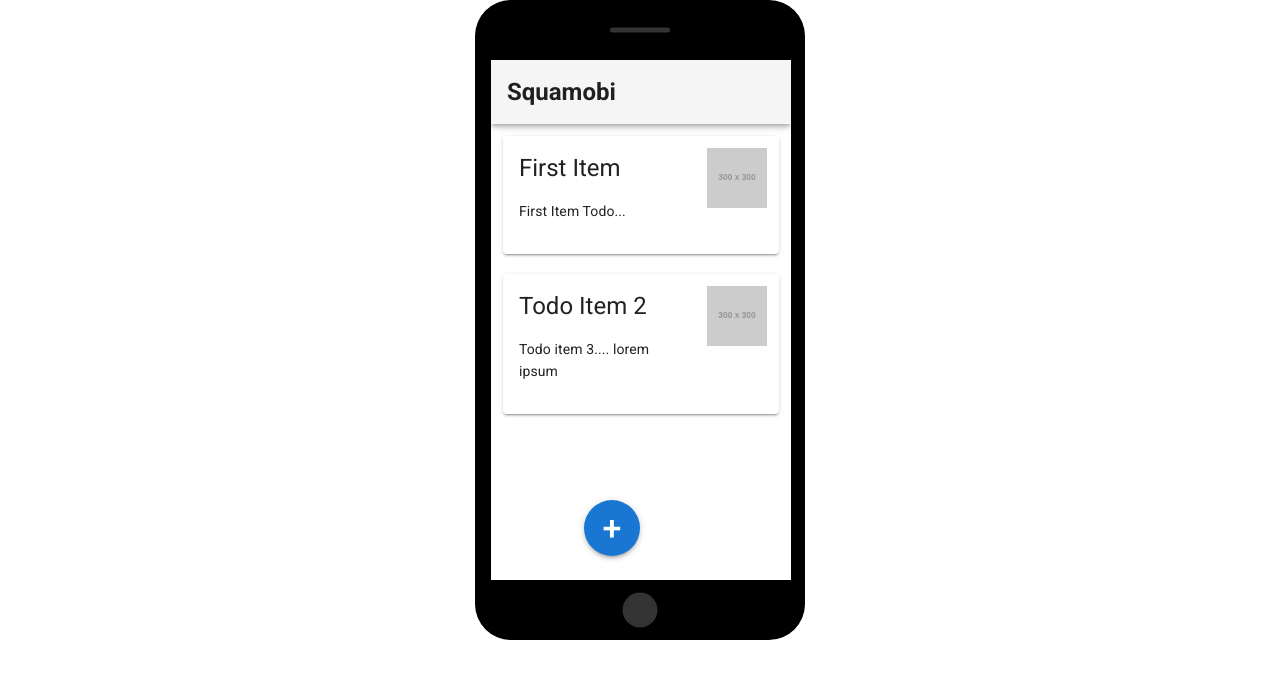
Repository: Keepnox/squamobi-interview
Page: /
The author's editor kept a copy of each file at every save. The page is drawn from the files as they stood at one save, then again after a run of saves.
The browser window is 1280 px wide. The pictures show the whole page.
The project was rebuilt for these pictures with package versions that can differ from the ones it lists, and the page was loaded fresh each time. Also part of the build but not shown: vue.config.js. Imported but missing from the stored project, and not drawn on this page: src/views/About.vue.

Above is the page before, as saved 2022-01-16 02:12:11.

### src/App.vue
<template>
  <smartphone>
    <v-app>
    <v-main>
        <v-app-bar >
          <h2>Squamobi</h2>
        </v-app-bar>

      <!-- Provides the application the proper gutter -->
      <v-container fluid>

        <!-- If using vue-router -->
        <router-view></router-view>
      </v-container>
    </v-main>

  </v-app>
  </smartphone>

</template>

<script>
import Smartphone from './components/Smartphone.vue';

export default {
  name: 'App',

  components: {
    Smartphone,
  },

  data: () => ({
    //
  }),
};
</script>

### src/components/Smartphone.vue
<template>
  <div class="smartphone">
    <div class="content">
      <slot> </slot>
    </div>
  </div>
</template>

<style scoped>

.smartphone {
  position: relative;
  width: 330px;
  height: 640px;
  margin: auto;
  border: 16px black solid;
  border-top-width: 60px;
  border-bottom-width: 60px;
  border-radius: 36px;
}

/* The horizontal line on the top of the device */
.smartphone:before {
  content: '';
  display: block;
  width: 60px;
  height: 5px;
  position: absolute;
  top: -30px;
  left: 50%;
  transform: translate(-50%, -50%);
  background: #333;
  border-radius: 10px;
}

/* The circle on the bottom of the device */
.smartphone:after {
  content: '';
  display: block;
  width: 35px;
  height: 35px;
  position: absolute;
  left: 50%;
  bottom: -65px;
  transform: translate(-50%, -50%);
  background: #333;
  border-radius: 50%;
}

/* The screen (or content) of the device */
.smartphone .content {
  width: 300px;
  height: 520px;
  background: white;
}

.content > * {
  min-height: 100%;
  height: 100%;
}
</style>

### src/views/Home.vue
<template>
  <div id="listOuter">
    <TodoItem
      v-for="(t, index) in todoData"
      :key="index"
      :title="t.title"
      :desc="t.description"
      :image="t.image"
    ></TodoItem>

    <v-btn
          class="add-button"
          color="primary"
          elevation="3"
          fab
          v-on:click="dialog = !dialog"
        ><span style="font-size:34px;">+</span></v-btn>
        <v-card class="popup" v-if="dialog">
          <div class="popup-title">Add Todo</div>
          <v-text-field
            label="Title"
            hide-details="auto"
            v-model="title"
          ></v-text-field>
          <v-text-field
            label="Description"
            hide-details="auto"
            v-model="description"
          ></v-text-field>
          <v-text-field
            label="Image Url"
            hide-details="auto"
            v-model="image"
          ></v-text-field>
          <v-btn class="add" v-on:click="addTodo">
            Add
          </v-btn>
        </v-card>
  </div>
</template>

<script>

import TodoItem from '@/components/TodoItem.vue'

export default {
  name: 'Home',
  components: {TodoItem},
  data () {
    return {
      todoData: [],
      dialog: false,
      image: "",
      description: "",
      title: ""
    }
  },
  watch: {
    dialog(val) {
      if(val) {
        document.getElementsByTagName('body')[0].classList.add('popup-active')
      } else {
        document.getElementsByTagName('body')[0].classList.remove('popup-active')
      }
    }
  },
  mounted () {
    this.todoData = JSON.parse(localStorage.getItem('todo'))
  },
  created() {
    let defaultData = JSON.parse(localStorage.getItem('todo')) || [
        {
          title: "First Item",
          description: 'First Item Todo...',
          image: "https://unsplash.it/640/425?random"
        },
        {
          title: "Todo Item 2",
          description: 'Todo item 3.... lorem ipsum',
          image: "https://unsplash.it/640/425?random"
        }
      ]
    localStorage.setItem('todo', JSON.stringify(defaultData))
  },
  methods: {
    addTodo() {
      this.todoData.push(
        {
          title: this.title,
          description: this.description,
          image: this.image
        }
      );
      localStorage.setItem('todo', JSON.stringify(this.todoData));
      this.dialog = false;
    }
  }
}
</script>

<style >
.v-application--wrap {
  height: 100%;
  min-height: 100%;
  overflow: hidden;
  overflow-y: scroll;
}
.v-main, v-main__wrap {
  height: 100%;
}
.v-main .container {
  height: calc(100% - 55px);
}
.list-outer
.list-outer {
  position: relative;
  height: 100%;
  width: 100%;
}
.add-button {
  position: fixed;
  right: 50%;
  top: 500px;
}
.popup {
  position: absolute;
  padding: 15px;
  width: 90%;
  top: 50%;
  transform: translateY(-50%);
}
.popup .add {
  margin-top: 20px;
  float: right;
}
.popup .popup-title {
  font-weight: 900;
}
</style>

### src/components/TodoItem.vue
<template>
    <v-card class="mb-5">
      <div class="d-flex flex-no-wrap justify-space-between">
        <div>
          <v-card-title class="text-h5" v-text="title"></v-card-title>

          <v-card-text > {{desc}} </v-card-text>
          <v-card-actions>
          </v-card-actions>
        </div>

        <v-avatar
          class="ma-3"
          size="60"
          tile
        >
          <v-img src="http://placehold.it/300"></v-img>
        </v-avatar>
      </div>
    </v-card>
</template>
<script>
export default {
  props: ["desc", "title", "image"],
  mounted() {
    console.log(this.items)
  }
}
</script>

Loaded but not shown: public/index.html (common file); src/main.js (common file); src/plugins/vuetify.js (common file); src/router/index.js (common file)

After the next 2 saves:
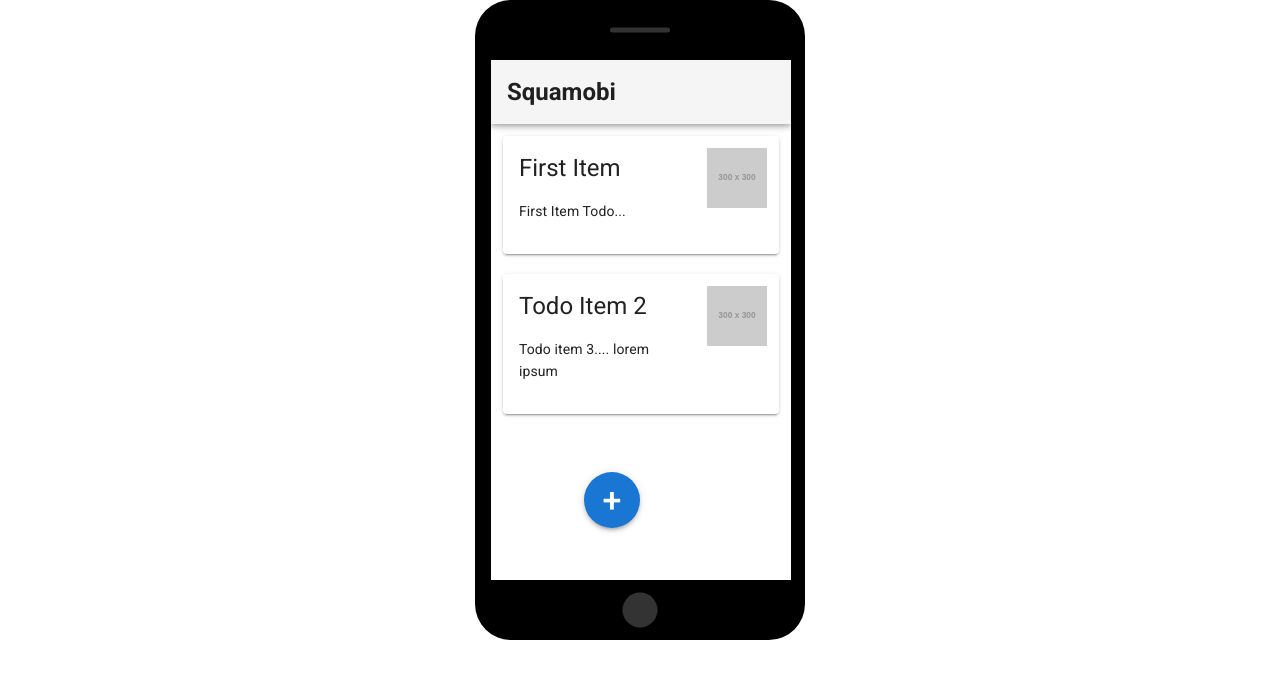
The 2 saves are shown as one change because they came seconds apart.
The last was saved 12 s later.
--- a/src/views/Home.vue
+++ b/src/views/Home.vue
@@ -120,6 +120,7 @@ export default {
 .add-button {
   position: fixed;
   right: 50%;
+  transform: translateY(-50%);
   top: 500px;
 }
 .popup {
